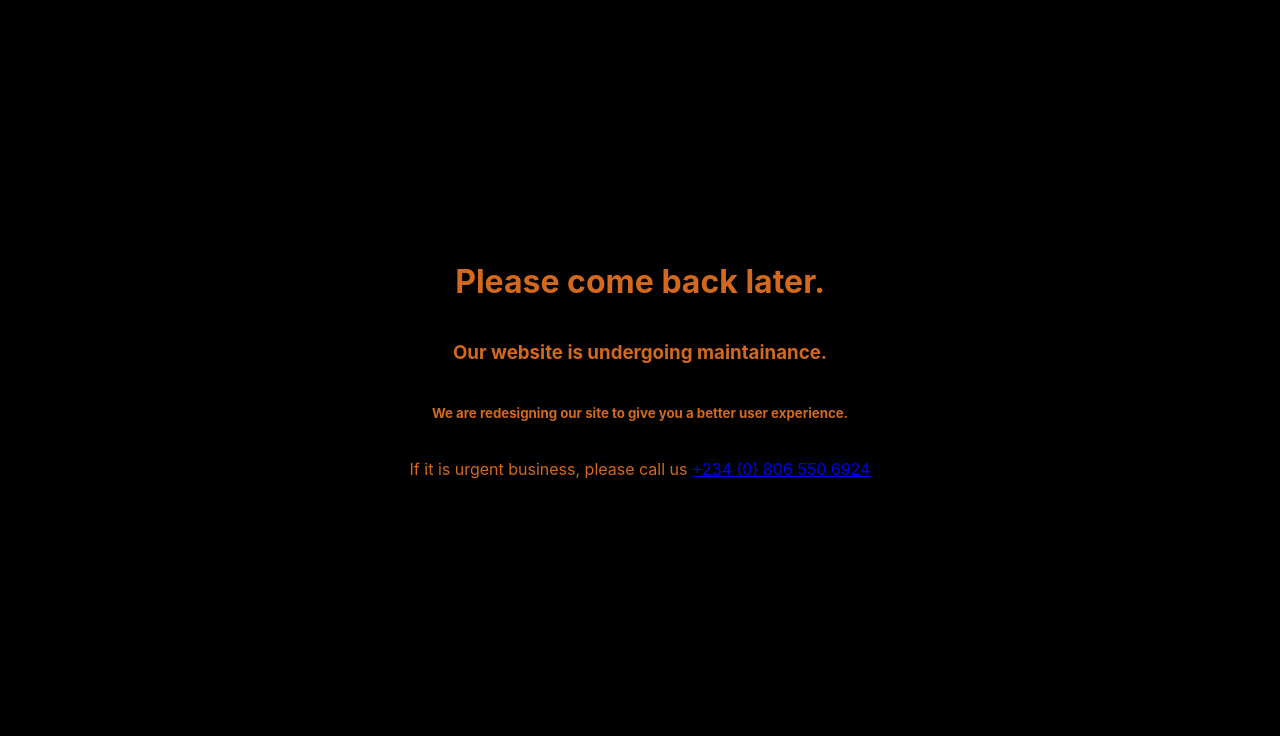
Repository: latenightsnacc/Static-Web-Projects
Page: maintainance/index.html
The author's editor kept a copy of each file at every save. The page is drawn from the files as they stood at one save, then again after the next save.
The browser window is 1280 px wide. The pictures show the whole page.

Above is the page before, as saved 2020-07-30 10:57:23.

### maintainance/index.html
<!DOCTYPE html>
<html lang="en">
<head>
    <meta charset="UTF-8">
    <meta name="viewport" content="width=device-width, initial-scale=1.0">
    <title>Resaads Consulting Agency - Think Millenial</title>
    <style>
        body,html {
            background-color: black;
            color: chocolate;
            font-family: -apple-system, BlinkMacSystemFont, 'Segoe UI', Roboto, Oxygen, Ubuntu, Cantarell, 'Open Sans', 'Helvetica Neue', sans-serif;
        }
        .box {
            height: 100vh;
            display: flex;
            flex-direction: column;
            justify-content: center;
            align-items: center;

        }
    </style>
</head>
<body>
    <main>
        <div class="box">
            <h1>Please come back later.</h1>
            <h3>Our website is undergoing maintainance.</h3>
            <h5>We are redesigning our site to give you a better user experience.</h5>
            <p>If it is urgent business, please call us <a href="tel:+2348065506924">+234 (0) 806 550 6924</a></p>
        </div>
    </main>
</body>
</html>

After the next save:
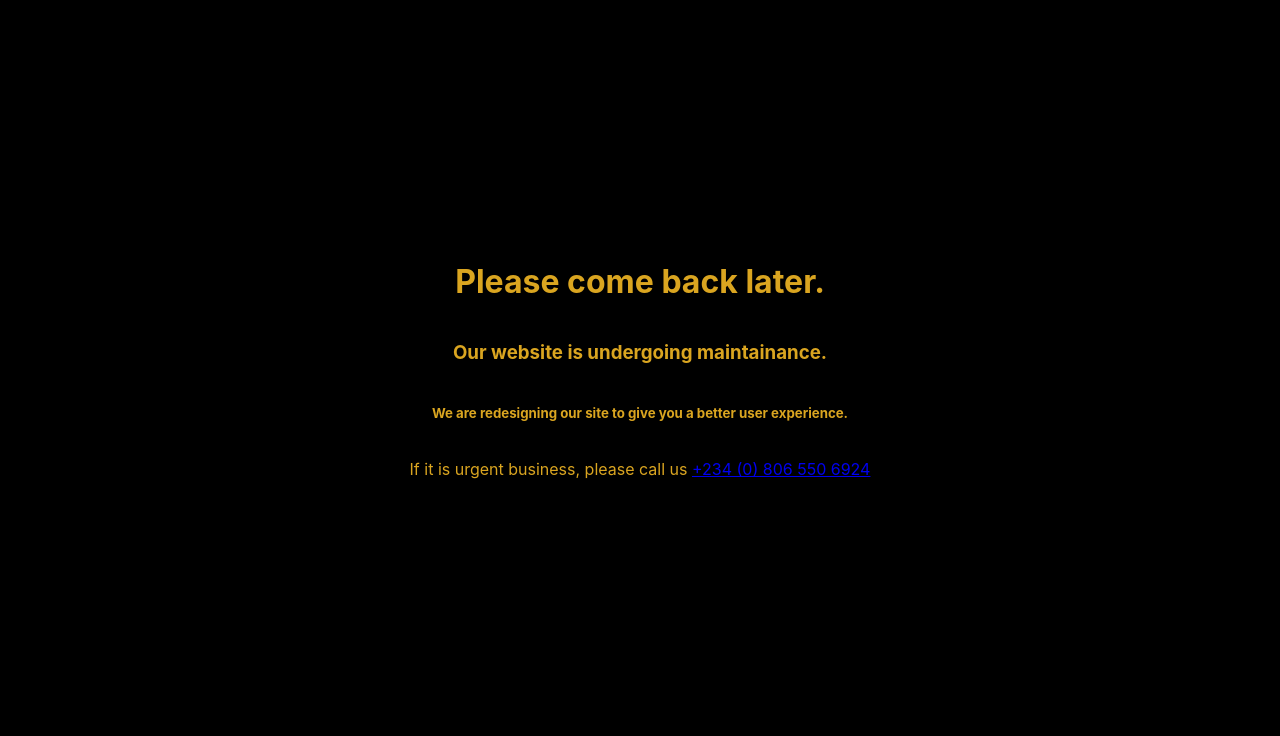
Saved 36 s later.
--- a/maintainance/index.html
+++ b/maintainance/index.html
@@ -7,7 +7,7 @@
     <style>
         body,html {
             background-color: black;
-            color: chocolate;
+            color: goldenrod;
             font-family: -apple-system, BlinkMacSystemFont, 'Segoe UI', Roboto, Oxygen, Ubuntu, Cantarell, 'Open Sans', 'Helvetica Neue', sans-serif;
         }
         .box {
